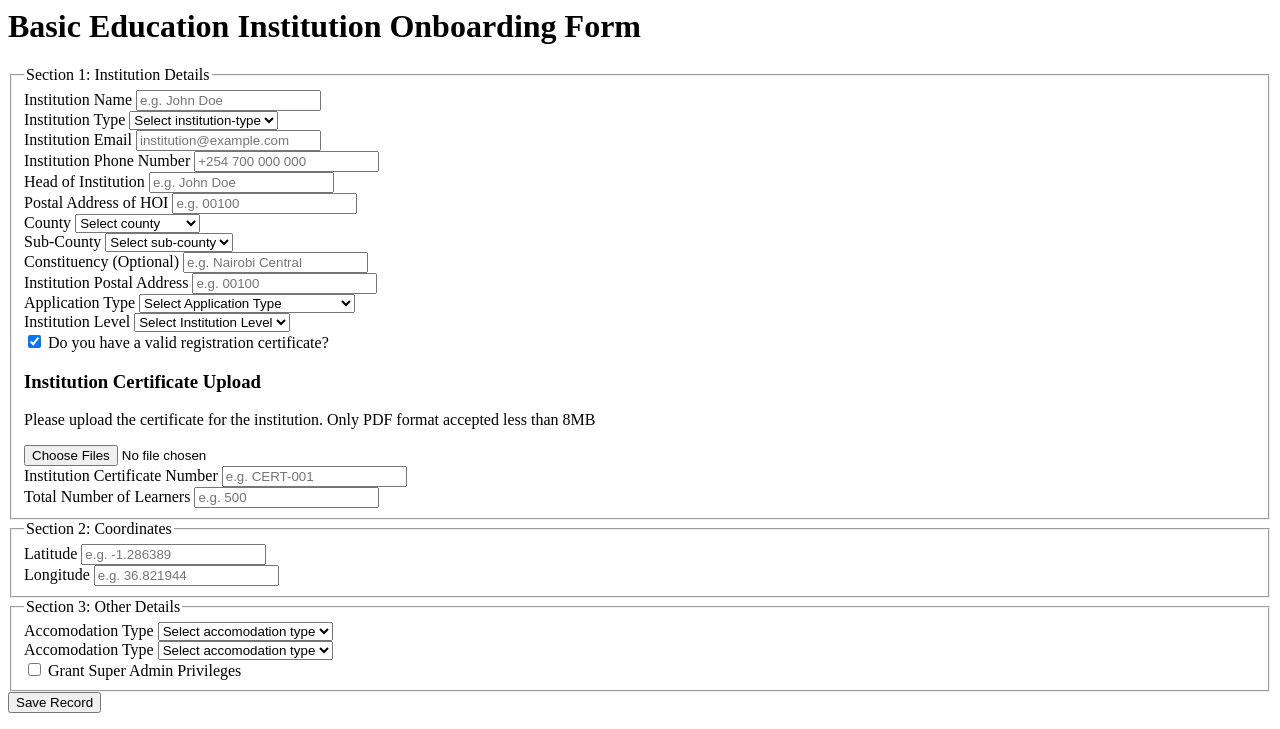
Repository: ndirituart/KEMIS
Page: angular-client/src/app/pages/basic-education/basic-education.html
An editor plug-in stored every save of this project. The page is shown before and after a run of saves, followed by the edit.
The browser window is 1280 px wide. The pictures show the whole page.

Above is the page before, as saved 2026-10-20 21:46:28.

### angular-client/src/app/pages/basic-education/basic-education.html
<div class="kemis-form-wrapper">
<form class="kemis-form" (ngSubmit)="onSubmit()" #myForm="ngForm">
<h1 class="text-center mb-4">Basic Education Institution Onboarding Form</h1>
  <!-- ========================================== -->
  <!-- Section 1: Institution Details                -->
  <!-- ========================================== -->
  <fieldset class="mb-4 p-3 border rounded">
    <legend class="float-none w-auto px-2 fs-5 fw-bold text-primary">Section 1: Institution Details</legend>

    <div class="row g-3">
      <!-- Institution Name -->
      <div class="col-md-6">
        <label for="fullName" class="form-label fw-semibold">Institution Name</label>
        <input type="text" class="form-control" id="fullName" name="fullName" placeholder="e.g. John Doe" required>
      </div>

      <!-- Type of School based on Gender -->
      <div class="col-md-6">
        <label for="institution-type" class="form-label fw-semibold">Institution Type</label>
        <select class="form-select" id="institution-type" name="institution-type" required>
          <option value="" disabled selected>Select institution-type</option>
          <option value="Boy's School">Boy's School</option>
          <option value="Girl's School">Girl's School</option>
          <option value="Mixed School">Mixed School</option>
        </select>
      </div>

      <!-- Institution Email -->
      <div class="col-md-6">
        <label for="emailId" class="form-label fw-semibold">Institution Email</label>
        <input type="email" class="form-control" id="emailId" name="emailId" placeholder="institution@example.com" required>
      </div>

      <!-- Institution Phone Number -->
      <div class="col-md-6">
        <label for="phoneNumber" class="form-label fw-semibold">Institution Phone Number</label>
        <input type="tel" class="form-control" id="phoneNumber" name="phoneNumber" placeholder="+254 700 000 000" required>
      </div>

      <!-- Head of Institution -->
      <div class="col-md-6">
        <label for="headOfInstitution" class="form-label fw-semibold">Head of Institution</label>
        <input type="text" class="form-control" id="headOfInstitution" name="headOfInstitution" placeholder="e.g. John Doe" required>
      </div>

      <!-- Postal Address of HOI -->
      <div class="col-md-6">
        <label for="postalAddressHoi" class="form-label fw-semibold">Postal Address of HOI</label>
        <input type="text" class="form-control" id="postalAddressHoi" name="postalAddressHoi" placeholder="e.g. 00100" required>
      </div>

      <!--County List-->
      <div class="col-md-6">
        <label for="county" class="form-label fw-semibold">County</label>
        <select class="form-select" id="county" name="county" required>
          <option value="" disabled selected>Select county</option>
      <option value="baringo">Baringo</option>
      <option value="bomet">Bomet</option>
      <option value="bungoma">Bungoma</option>
      <option value="busia">Busia</option>
      <option value="elgeyo marakwet">Elgeyo Marakwet</option>
      <option value="embu">Embu</option>
      <option value="garissa">Garissa</option>
      <option value="homa bay">Homa Bay</option>
      <option value="isiolo">Isiolo</option>
      <option value="kajiado">Kajiado</option>
      <option value="kakamega">Kakamega</option>
      <option value="kericho">Kericho</option>
      <option value="kiambu">Kiambu</option>
      <option value="kilifi">Kilifi</option>
      <option value="kirinyaga">Kirinyaga</option>
      <option value="kisii">Kisii</option>
      <option value="kisumu">Kisumu</option>
      <option value="kitui">Kitui</option>
      <option value="kwale">Kwale</option>
      <option value="laikipia">Laikipia</option>
      <option value="lamu">Lamu</option>
      <option value="machakos">Machakos</option>
      <option value="makueni">Makueni</option>
      <option value="mandera">Mandera</option>
      <option value="meru">Meru</option>
      <option value="migori">Migori</option>
      <option value="marsabit">Marsabit</option>
      <option value="mombasa">Mombasa</option>
      <option value="muranga">Muranga</option>
      <option value="nairobi">Nairobi</option>
      <option value="nakuru">Nakuru</option>
      <option value="nandi">Nandi</option>
      <option value="narok">Narok</option>
      <option value="nyamira">Nyamira</option>
      <option value="nyandarua">Nyandarua</option>
      <option value="nyeri">Nyeri</option>
      <option value="samburu">Samburu</option>
      <option value="siaya">Siaya</option>
      <option value="taita taveta">Taita Taveta</option>
      <option value="tana river">Tana River</option>
      <option value="tharaka nithi">Tharaka Nithi</option>
      <option value="trans nzoia">Trans Nzoia</option>
      <option value="turkana">Turkana</option>
      <option value="uasin gishu">Uasin Gishu</option>
      <option value="vihiga">Vihiga</option>
      <option value="wajir">Wajir</option>
      <option value="pokot">West Pokot</option>
  </select>
      </div>

      <!--TO-DO: Nestsed array for Sub-County List dependent on county chosen-->
      <div class="col-md-6">
        <label for="subCounty" class="form-label fw-semibold">Sub-County</label>
        <select class="form-select" id="subCounty" name="subCounty" required>
          <option value="" disabled selected>Select sub-county</option>
        </select>
      </div>

      <!--Constituency Name OPTIONAL-->
      <div class="col-md-6">
        <label for="constituency" class="form-label fw-semibold">Constituency (Optional)</label>
        <input type="text" class="form-control" id="constituency" name="constituency" placeholder="e.g. Nairobi Central">
      </div>

      <!--Institution Postal Address-->
      <div class="col-md-6">
        <label for="postalAddressInstitution" class="form-label fw-semibold">Institution Postal Address</label>
        <input type="text" class="form-control" id="postalAddressInstitution" name="postalAddressInstitution" placeholder="e.g. 00100" required>
      </div>

       <!-- Application Type -->
      <div class="col-md-6">
        <label for="application-type" class="form-label fw-semibold">Application Type</label>
        <select class="form-select" id="application-type" name="application-type" required>
          <option value="" disabled selected>Select Application Type</option>
          <option value="Regular School">Regular School</option>
          <option value="Regular School with Special Unit">Regular School with Special Unit</option>
          <option value="Special School">Special School</option>
        </select>
      </div>

       <!-- Institution Level -->
      <div class="col-md-6">
        <label for="institution-level" class="form-label fw-semibold">Institution Level</label>
        <select class="form-select" id="institution-level" name="institution-level" required>
          <option value="" disabled selected>Select Institution Level</option>
          <option value="Pre-Primary">Pre-Primary</option>
          <option value="Primary">Primary</option>
          <option value="Secondary">Secondary</option>
          <option value="High School">High School</option>
        </select>
      </div>

      <!-- Boolean Toggle (Switch) -->
      <div class="col-12 mt-3">
        <div class="form-check form-switch">
          <input class="form-check-input" type="checkbox" role="switch" id="isActive" name="isActive" checked>
          <label class="form-check-label fw-semibold" for="isActive">Do you have a valid registration certificate?</label>
        </div>
      </div>

      <!--Certificate Upload-->
      <div class="upload">
        <h3>Institution Certificate Upload</h3>
        <p class="upload__description">Please upload the certificate for the institution. Only PDF format accepted less than 8MB </p>
        <input class="upload__input" id="certificate_pdf" type="file" multiple />
        <div class="upload__files">
        </div>
      </div>

      <!--Institution Certificate Number-->
      <div class="col-md-6">
        <label for="certificateNumber" class="form-label fw-semibold">Institution Certificate Number</label>
        <input type="text" class="form-control" id="certificateNumber" name="certificateNumber" placeholder="e.g. CERT-001" required>
      </div>

      <!--Total Number of Learners-->
      <div class="col-md-6">
        <label for="totalLearners" class="form-label fw-semibold">Total Number of Learners</label>
        <input type="number" class="form-control" id="totalLearners" name="totalLearners" placeholder="e.g. 500" required>
      </div>

    </div>
  </fieldset>

  <!-- ========================================== -->
  <!-- SECTION 2: Coordinates            -->
  <!-- ========================================== -->
  <fieldset class="mb-4 p-3 border rounded">
    <legend class="float-none w-auto px-2 fs-5 fw-bold text-primary">Section 2: Coordinates</legend>

    <div class="row g-3">
      <!-- Latitude -->
      <div class="col-md-6">
        <label for="latitude" class="form-label fw-semibold">Latitude</label>
        <input type="number" class="form-control" id="latitude" name="latitude" placeholder="e.g. -1.286389" required>
      </div>

      <!-- Longitude -->
      <div class="col-md-6">
        <label for="longitude" class="form-label fw-semibold">Longitude</label>
        <input type="number" class="form-control" id="longitude" name="longitude" placeholder="e.g. 36.821944" required>
      </div>


    </div>
  </fieldset>

  <!-- ========================================== -->
  <!-- SECTION 3: Other Details                -->
  <!-- ========================================== -->
  <fieldset class="mb-4 p-3 border rounded">
    <legend class="float-none w-auto px-2 fs-5 fw-bold text-primary">Section 3: Other Details</legend>

    <div class="row g-3">

      <!-- Accomodation Type -->
      <div class="col-md-6">
        <label for="accomodation-type" class="form-label fw-semibold">Accomodation Type</label>
        <select class="form-select" id="accomodation-type" name="accomodation-type" required>
          <option value="" disabled selected>Select accomodation type</option>
          <option value="Day">Day</option>
          <option value="Boarding">Boarding</option>
          <option value="Hybrid">Hybrid</option>
        </select>
      </div>

      <!-- Accomodation Type -->
      <div class="col-md-6">
        <label for="accomodation-type" class="form-label fw-semibold">Accomodation Type</label>
        <select class="form-select" id="accomodation-type" name="accomodation-type" required>
          <option value="" disabled selected>Select accomodation type</option>
          <option value="Day">Day</option>
          <option value="Boarding">Boarding</option>
          <option value="Hybrid">Hybrid</option>
        </select>
      </div>

      <!-- Boolean Toggle -->
      <div class="col-12 mt-3">
        <div class="form-check form-switch">
          <input class="form-check-input" type="checkbox" role="switch" id="isSuperAdmin" name="isSuperAdmin">
          <label class="form-check-label fw-semibold" for="isSuperAdmin">Grant Super Admin Privileges</label>
        </div>
      </div>
    </div>
  </fieldset>

  <!-- Submit Button -->
  <div class="d-grid gap-2 mt-4">
    <button type="submit" class="btn btn-primary btn-lg">Save Record</button>
  </div>

</form>
</div>

After the next 2 saves:
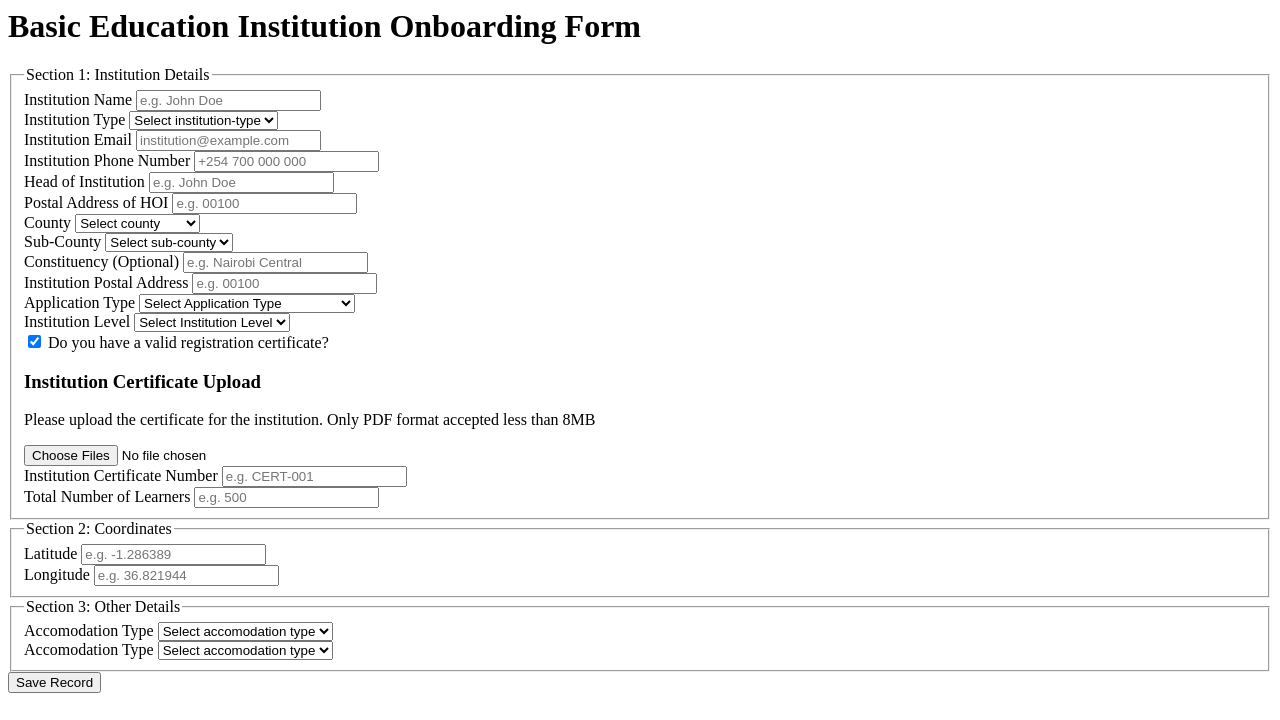
The 2 saves are shown as one change because they came seconds apart.
The last was saved 8 s later.
--- a/angular-client/src/app/pages/basic-education/basic-education.html
+++ b/angular-client/src/app/pages/basic-education/basic-education.html
@@ -231,14 +231,6 @@
           <option value="Hybrid">Hybrid</option>
         </select>
       </div>
-
-      <!-- Boolean Toggle -->
-      <div class="col-12 mt-3">
-        <div class="form-check form-switch">
-          <input class="form-check-input" type="checkbox" role="switch" id="isSuperAdmin" name="isSuperAdmin">
-          <label class="form-check-label fw-semibold" for="isSuperAdmin">Grant Super Admin Privileges</label>
-        </div>
-      </div>
     </div>
   </fieldset>
 
